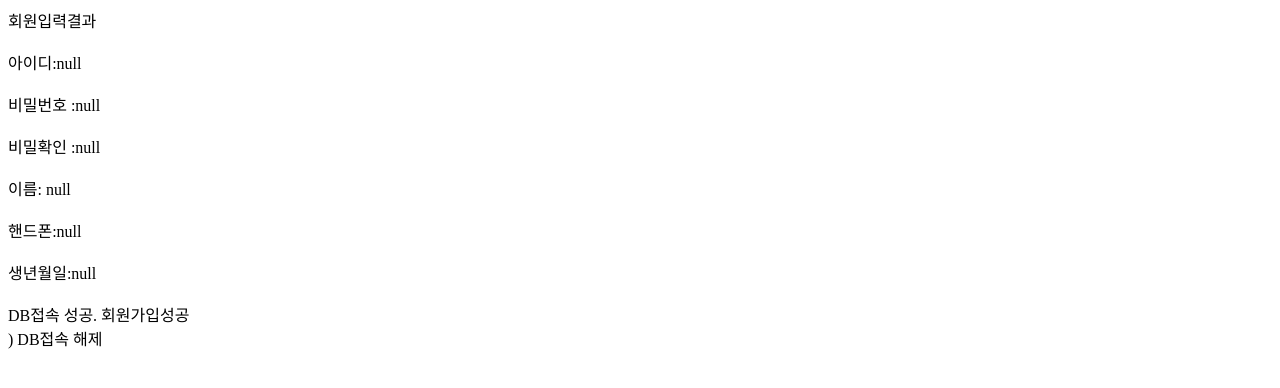
Repository: Junanaa/Jsp
Page: http://localhost/review/MyUser/UserInsertOK.jsp
An editor plug-in stored every save of this project. The page is shown before and after the next save, followed by the edit.
The browser window is 1280 px wide. The pictures show the whole page.
The page is served by Tomcat 9.

Above is the page before, as saved 2023-11-07 03:42:06.

After the next save:
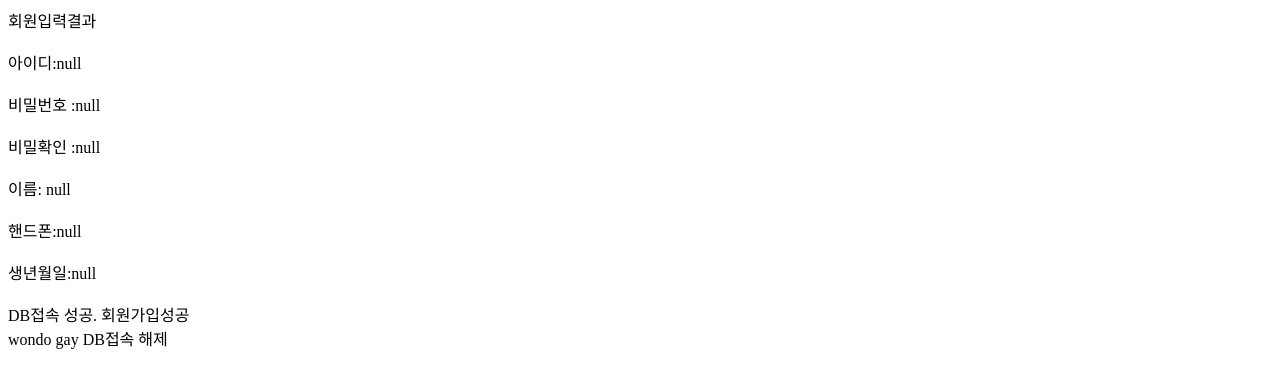
Saved 29 s later.
--- a/src/review/src/main/webapp/MyUser/UserInsertOK.jsp
+++ b/src/review/src/main/webapp/MyUser/UserInsertOK.jsp
@@ -55,7 +55,7 @@
 
 		MyStmt = MyConn.createStatement();
 		MyStmt.executeUpdate(sSql);
-		out.println("회원가입성공<br>)");
+		out.println("회원가입성공<br>wondo gay");
 
 	}
 	catch (SQLException ex){
